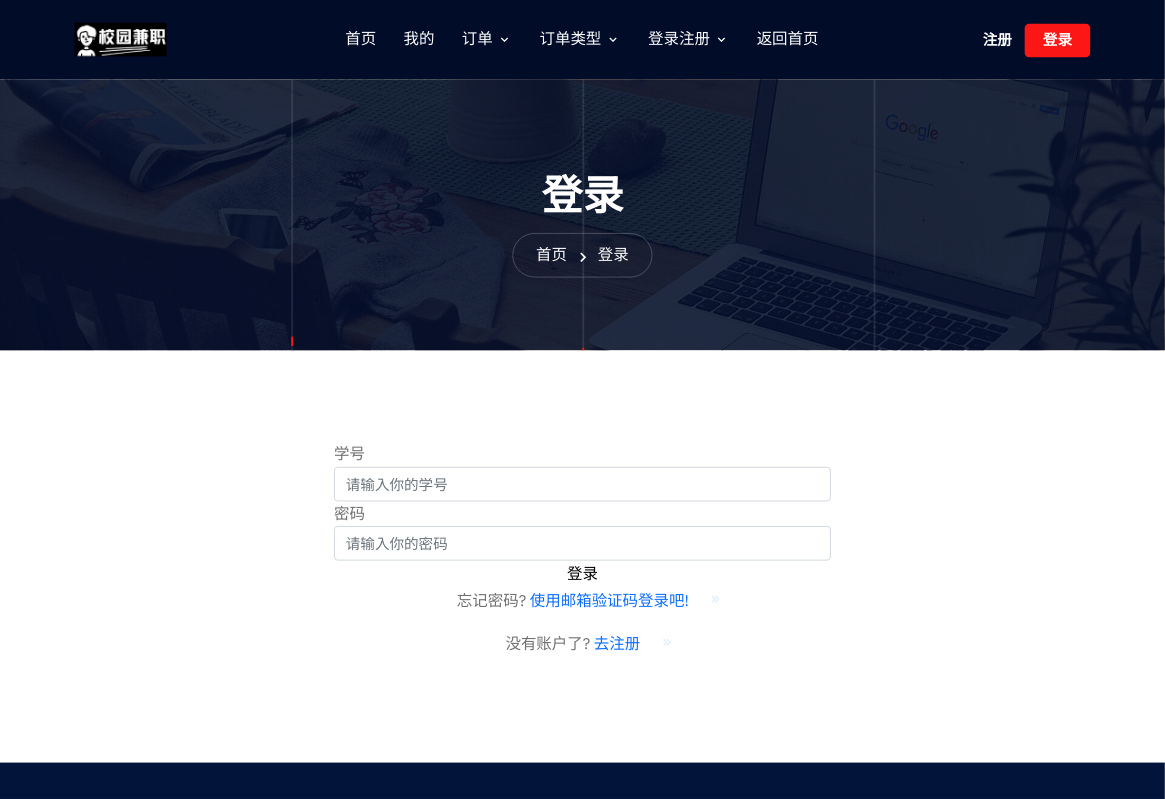
Repository: Aliceonly/Co-DecentralizedApplication
Page: html/sign-in.html
An editor plug-in stored every save of this project. The page is shown before and after the next save, followed by the edit.
The browser window is 1280 px wide. The pictures show the whole page, at 91% of full size.

Above is the page before, as saved 2022-05-04 17:22:22.

### html/sign-in.html
<!doctype html>
<html lang="zxx">

<head>

    <meta charset="utf-8">
    <meta name="viewport" content="width=device-width, initial-scale=1, shrink-to-fit=no">

    <link rel="stylesheet" href="../static/css/bootstrap.min.css">

    <link rel="stylesheet" href="../static/css/owl.carousel.min.css">

    <link rel="stylesheet" href="../static/css/owl.theme.default.min.css">

    <link rel="stylesheet" href="../static/css/boxicon.min.css">

    <link rel="stylesheet" href="../static/css/flaticon.css">

    <link rel="stylesheet" href="../static/css/magnific-popup.css">

    <link rel="stylesheet" href="../static/css/meanmenu.css">

    <link rel="stylesheet" href="../static/css/nice-select.css">

    <link rel="stylesheet" href="../static/css/style.css">

    <link rel="stylesheet" href="../static/css/responsive.css">

    <title>Jovie - Job Board & Portal HTML Template</title>

</head>

<body>

    <div class="loader-content">
        <div class="d-table">
            <div class="d-table-cell">
                <div class="sk-circle">
                    <div class="sk-circle1 sk-child"></div>
                    <div class="sk-circle2 sk-child"></div>
                    <div class="sk-circle3 sk-child"></div>
                    <div class="sk-circle4 sk-child"></div>
                    <div class="sk-circle5 sk-child"></div>
                    <div class="sk-circle6 sk-child"></div>
                    <div class="sk-circle7 sk-child"></div>
                    <div class="sk-circle8 sk-child"></div>
                    <div class="sk-circle9 sk-child"></div>
                    <div class="sk-circle10 sk-child"></div>
                    <div class="sk-circle11 sk-child"></div>
                    <div class="sk-circle12 sk-child"></div>
                </div>
            </div>
        </div>
    </div>


    <div class="navbar-area">

        <div class="mobile-nav">
            <a href="/" class="logo">
                <img src="static/picture/logo.png" alt="logo">
            </a>
        </div>


        <div class="main-nav">
            <div class="container">
            <nav class="navbar navbar-expand-lg navbar-light">
            <a class="navbar-brand" href="/">
            <img src="static/picture/logo.png" alt="logo">
            </a>
            <div class="collapse navbar-collapse mean-menu" id="navbarSupportedContent">
            <ul    class="navbar-nav m-auto">
                <!-- style="position: relative;left: -430px;"  -->
                <!-- 标记！！！！！！！！！！！！！！！！！！！！！！！！！！！ -->

            <li class="nav-item">
            <!-- <a href="#" class="nav-link dropdown-toggle active">Home</a> -->
            <li class="nav-item">
                <a href="/" class="nav-link">首页</a>
            </li>
            <li class="nav-item">
                <a href="personal_detail" class="nav-link">我的</a>
            </li>


            <li class="nav-item">
            <a href="#" class="nav-link dropdown-toggle">订单</a>
            <ul class="dropdown-menu">
            <li class="nav-item">
            <a href="/" class="nav-link">查看订单</a>
            </li>
            <li class="nav-item">
            <a href="post_job" class="nav-link">发布订单</a>
            </li>
            </ul>
            </li>
            <li class="nav-item">
            <a href="#" class="nav-link dropdown-toggle">订单类型</a>
            <ul class="dropdown-menu">
            <li class="nav-item">
            <a href="detail_campus" class="nav-link">校园兼职</a>
            </li>
            <li class="nav-item">
            <a href="detail_qukuilySend" class="nav-link">校园跑腿</a>
            </li>
            <li class="nav-item">
            <a href="detail_shared" class="nav-link">共享服务</a>
            </li>
            </ul>
            </li>

            <li class="nav-item">
            <a href="#" class="nav-link dropdown-toggle">登录注册</a>
            <ul class="dropdown-menu">
            <li class="nav-item">
            <a href="sign_in" class="nav-link">登录</a>
            </li>
            <li class="nav-item">
            <a href="sign_up" class="nav-link">注册</a>
            </li>
            <li class="nav-item">
            <!-- <a href="blog-details.html" class="nav-link">Blog Details</a> -->
            </li>
            </ul>
            </li>


            <li class="nav-item">
            <a href="/" class="nav-link">返回首页</a>
            </li>
            <!-- <li class="nav-item"> -->
            <!-- <a href="contact.html" class="nav-link">Contact Us</a> -->
            <!-- </li> -->
            </ul>


            <div class="other-option">
            <a href="sign_up" class="signup-btn">注册</a>
            <a href="sign_in" class="signin-btn">登录</a>
            </div>
            </div>
            </nav>
            </div>
            </div>
            </div>

    <section style="padding-bottom: 30px;" class="page-title title-bg12">
        <div style="position: relative;top: -50px;" class="d-table">
            <div class="d-table-cell">
                <h2>登录</h2>
                <ul>
                    <li>
                        <a href="/">首页</a>
                    </li>
                    <li>登录</li>
                </ul>
            </div>
        </div>
        <div   class="lines">
            <div class="line"></div>
            <div class="line"></div>
            <div class="line"></div>
        </div>
    </section>


    <div class="signin-section ptb-100">
        <div class="container">
            <div class="row">
                <div class="col-lg-6 col-md-8 offset-md-2 offset-lg-3">
                    <!-- <form class="signin-form"> -->
                        <div class="form-group">
                            <label>学号</label>
                            <input type="number" class="form-control" placeholder="请输入你的学号" name="Sid" id="Sid" required="">
                        </div>
                        <div class="form-group">
                            <label>密码</label>
                            <input type="password" class="form-control" placeholder="请输入你的密码" name="password" id="password" required="">
                        </div>
                        <div class="signin-btn text-center" >
                            <button onclick="Login()">登录</button>
                        </div>
                        <div class="create-btn text-center">
                            <p>忘记密码?
                                <a href="email_sign_in">
                                    使用邮箱验证码登录吧!
                                    <i class='bx bx-chevrons-right bx-fade-right'></i>
                                </a>
                            </p>
                            <p>
                                没有账户了?
                                <a href="sign_up">
                                    去注册
                                    <i class='bx bx-chevrons-right bx-fade-right'></i>
                                </a>
                            </p>
                        </div>
                    </form>
                </div>
            </div>
        </div>
    </div>




    <div class="copyright-text text-center">
        <!-- <p>Copyright &copy; 2022.Company name All rights reserved.<a target="_blank" href="https://sc.chinaz.com/moban/">&#x7F51;&#x9875;&#x6A21;&#x677F;</a></p> -->
    </div>


    <div class="top-btn">
        <i class='bx bx-chevrons-up bx-fade-up'></i>
    </div>


    <script data-cfasync="false" src="../static/js/email-decode.min.js"></script>
    <script src="../static/js/jquery.min.js"></script>
    <script src="../static/js/bootstrap.bundle.min.js"></script>

    <script src="../static/js/owl.carousel.min.js"></script>

    <script src="../static/js/jquery.nice-select.min.js"></script>

    <script src="../static/js/jquery.magnific-popup.min.js"></script>

    <script src="../static/js/jquery.ajaxchimp.min.js"></script>

    <script src="../static/js/form-validator.min.js"></script>

    <script src="../static/js/contact-form-script.js"></script>

    <script src="../static/js/meanmenu.js"></script>

    <script src="../static/js/custom.js"></script>

    <script src="../static/web3.js/sign_in.js"></script>
</body>

</html>

### static/css/flaticon.css
@font-face{font-family:flaticon;src:url(../font/Flaticon.eot);src:url(../font/Flaticon.eot) format("embedded-opentype"),url(../font/Flaticon.woff2) format("woff2"),url(../font/Flaticon.woff) format("woff"),url(https://templates.hibootstrap.com/jovie/default/assets/fonts/flaticon/Flaticon.ttf) format("truetype"),url(https://templates.hibootstrap.com/jovie/default/assets/fonts/flaticon/Flaticon.svg) format("svg");font-weight:400;font-style:normal}@media screen and (-webkit-min-device-pixel-ratio:0){@font-face{font-family:flaticon;src:url(https://templates.hibootstrap.com/jovie/default/assets/fonts/flaticon/Flaticon.svg) format("svg")}}[class^=flaticon-]:before,[class*=" flaticon-"]:before,[class^=flaticon-]:after,[class*=" flaticon-"]:after{font-family:Flaticon;font-style:normal}.flaticon-accounting:before{content:"\f100"}.flaticon-graduation-cap:before{content:"\f101"}.flaticon-wrench-and-screwdriver-in-cross:before{content:"\f102"}.flaticon-consultation:before{content:"\f103"}.flaticon-heart:before{content:"\f104"}.flaticon-computer:before{content:"\f105"}.flaticon-worker:before{content:"\f106"}.flaticon-auction:before{content:"\f107"}.flaticon-website:before{content:"\f108"}.flaticon-recruitment:before{content:"\f109"}.flaticon-login:before{content:"\f10a"}.flaticon-group:before{content:"\f10b"}.flaticon-discussion:before{content:"\f10c"}.flaticon-research:before{content:"\f10d"}.flaticon-user:before{content:"\f10e"}.flaticon-left-quotes-sign:before{content:"\f10f"}.flaticon-resume:before{content:"\f110"}.flaticon-employee:before{content:"\f111"}.flaticon-portfolio:before{contesignin-form

Loaded but not shown: static/css/bootstrap.min.css (library); static/css/owl.carousel.min.css (library); static/css/owl.theme.default.min.css (common file); static/css/boxicon.min.css (library); static/css/magnific-popup.css (library); static/css/meanmenu.css (library); static/css/nice-select.css (common file); static/css/style.css (library); static/css/responsive.css (library); static/js/email-decode.min.js (common file); static/js/jquery.min.js (library); static/js/bootstrap.bundle.min.js (library); static/js/owl.carousel.min.js (library); static/js/jquery.nice-select.min.js (common file); static/js/jquery.magnific-popup.min.js (library); static/js/jquery.ajaxchimp.min.js (common file); static/js/form-validator.min.js (library); static/js/meanmenu.js (library); static/js/custom.js (12 lines, source omitted); static/js/contact-form-script.js (1 lines, source omitted); static/web3.js/sign_in.js (22 lines, source omitted); static/css/css.css (324 lines, source omitted)

After the next save:
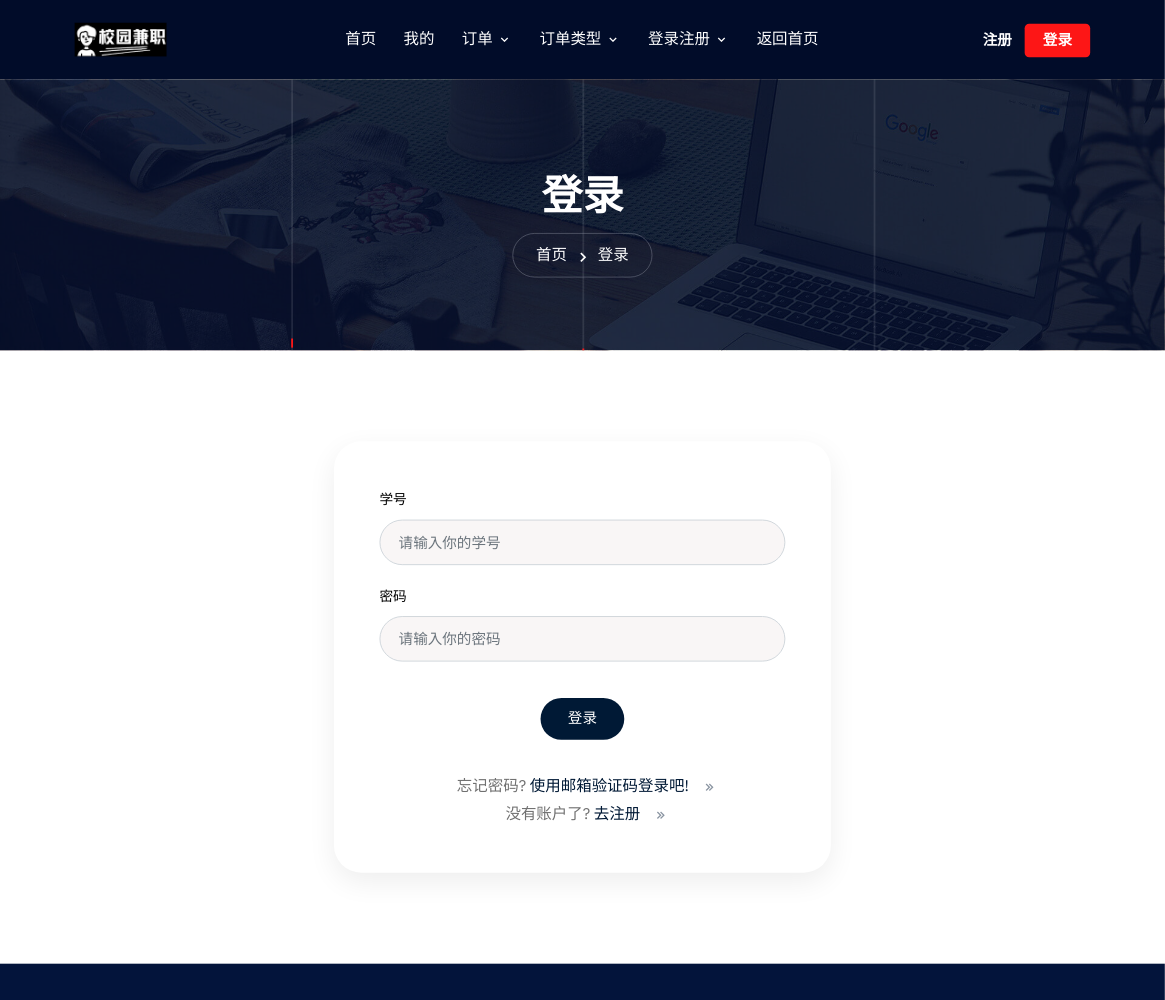
Saved 4 s later.
--- a/html/sign-in.html
+++ b/html/sign-in.html
@@ -169,7 +169,7 @@
         <div class="container">
             <div class="row">
                 <div class="col-lg-6 col-md-8 offset-md-2 offset-lg-3">
-                    <!-- <form class="signin-form"> -->
+                    <form class="signin-form">
                         <div class="form-group">
                             <label>学号</label>
                             <input type="number" class="form-control" placeholder="请输入你的学号" name="Sid" id="Sid" required="">

After the save that followed:
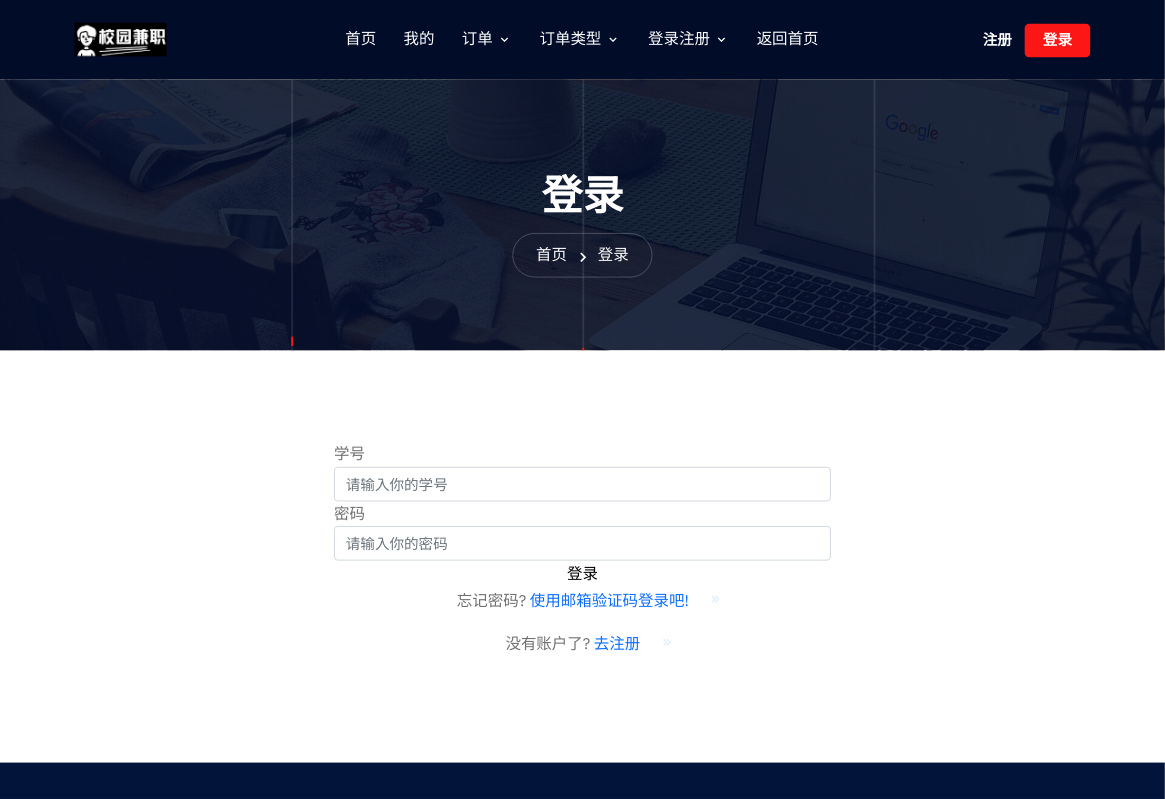
Saved 36 s later.
--- a/html/sign-in.html
+++ b/html/sign-in.html
@@ -169,7 +169,7 @@
         <div class="container">
             <div class="row">
                 <div class="col-lg-6 col-md-8 offset-md-2 offset-lg-3">
-                    <form class="signin-form">
+                    <!-- <form class="signin-form"> -->
                         <div class="form-group">
                             <label>学号</label>
                             <input type="number" class="form-control" placeholder="请输入你的学号" name="Sid" id="Sid" required="">
